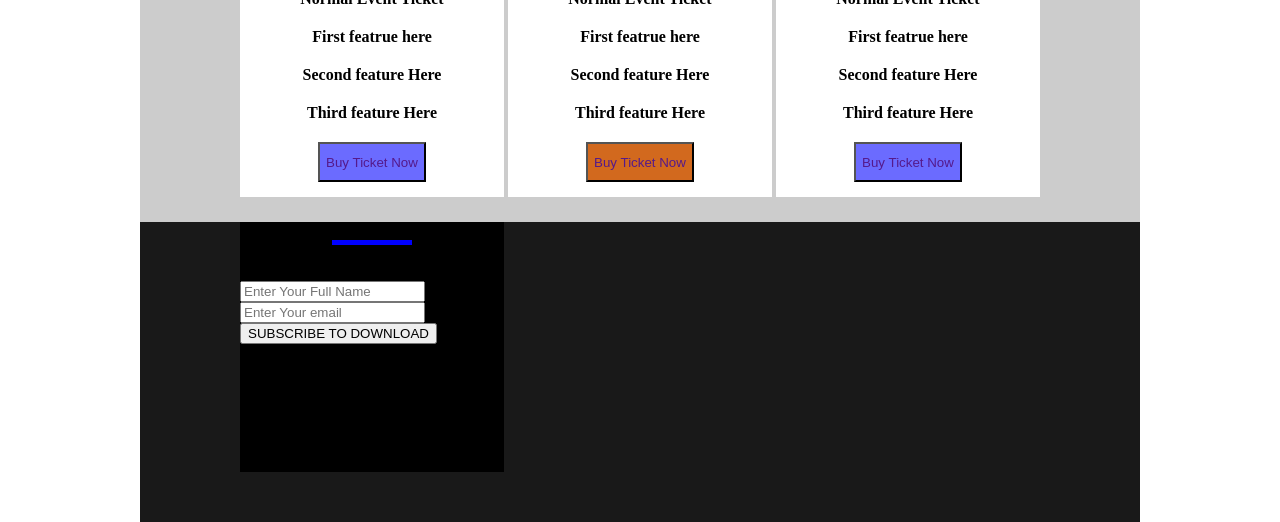
Repository: duyancol/project-ltw-nhom13
Page: page b/index.html
The author's editor kept a copy of each file at every save. The page is drawn from the files as they stood at one save, then again after the next save.
The browser window is 1280 px wide. The pictures show the part of the page from y = 1038 to 1560 px (the page is 1560 px tall).
A picture or video elsewhere on the page could not be fetched, so the positions and the page height are approximate. Some web fonts or font styles are not loaded; a fallback is used.

Above is the page before, as saved 2021-10-18 11:31:17.

After the next save:
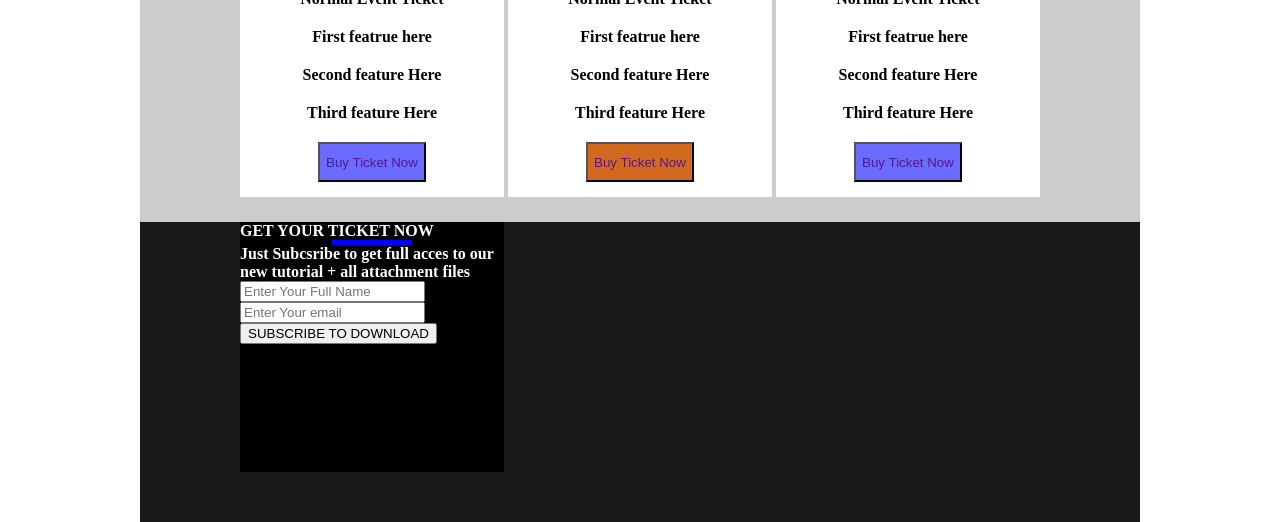
Saved 24 s later.
--- a/page b/style.css
+++ b/page b/style.css
@@ -160,10 +160,10 @@
  height: 250px;
   }
   .ticket h1{
-
+color: white;
   }
   .ticket h3{
-
+color: white;
   }
   .ticket input{
 
